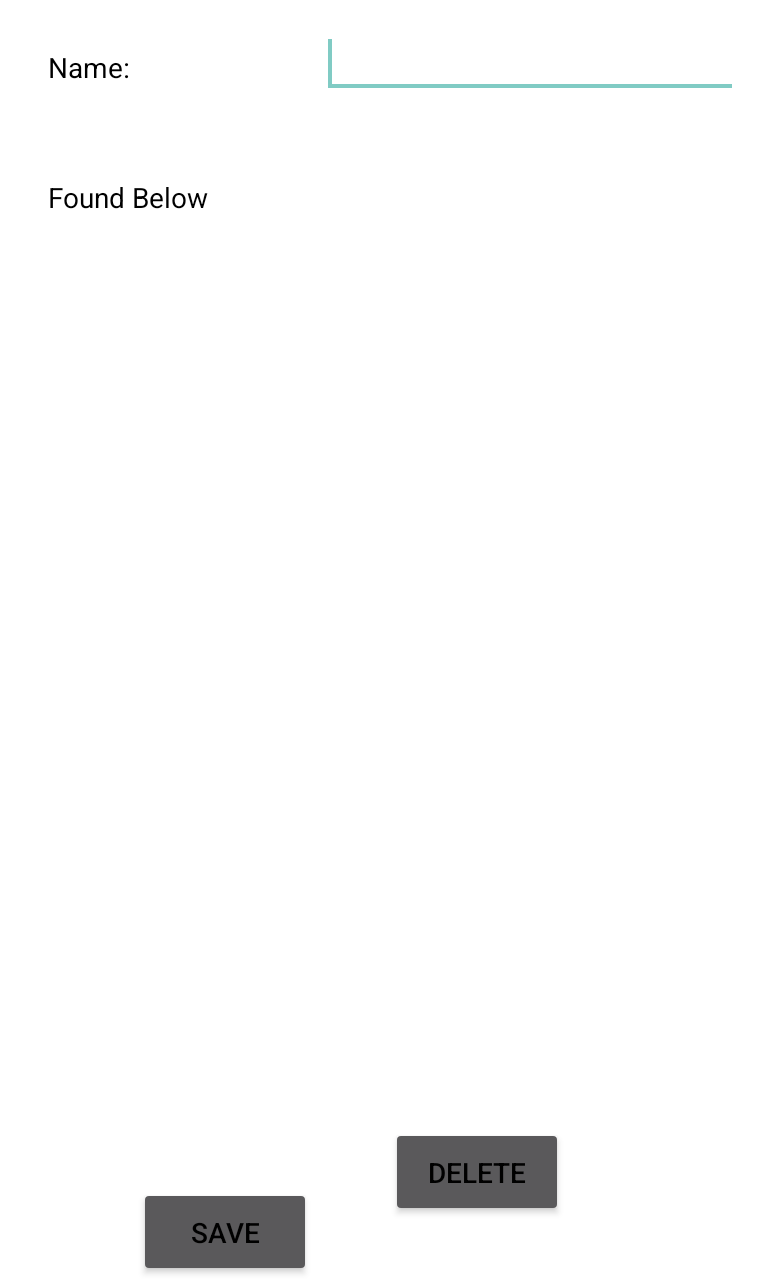
Repository: qfornaguera/AppQuelogy
Layout: AppQueology/res/layout/activity_artifact.xml
An editor plug-in stored every save of this project. The layout is shown before and after the next save, followed by the edit.
It is drawn on a 768 x 1280 px phone screen (xhdpi) without system bars, with theme Theme.AppCompat; the app's code is not run.

Above is the layout before, as saved 2014-04-18 18:38:21.

After the next save:
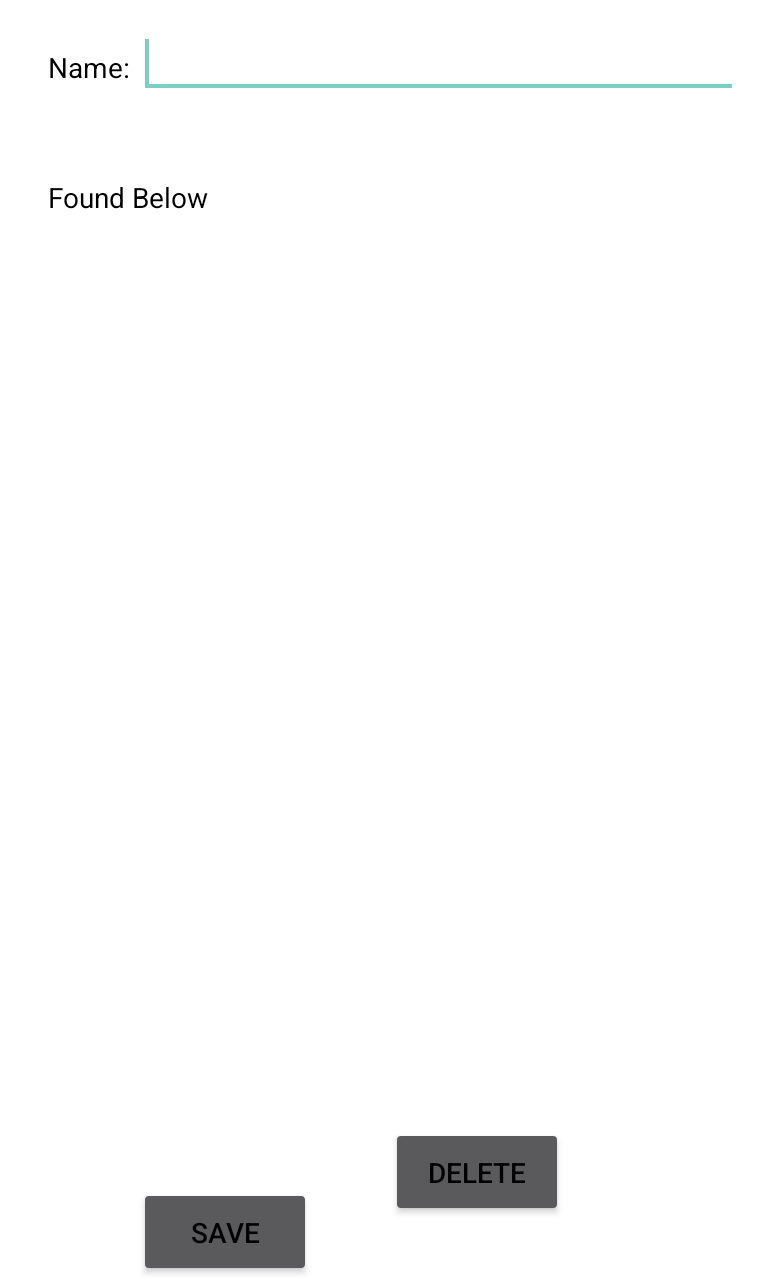
Saved 45 s later.
--- a/AppQueology/res/layout/activity_artifact.xml
+++ b/AppQueology/res/layout/activity_artifact.xml
@@ -13,11 +13,12 @@
         android:layout_height="wrap_content"
         android:layout_alignBaseline="@+id/textView1"
         android:layout_alignBottom="@+id/textView1"
+        android:layout_alignLeft="@+id/save"
         android:layout_alignParentRight="true"
         android:layout_marginRight="14dp"
+        android:ems="10"
         android:maxLength="25"
-        android:textColor="#000000"
-        android:ems="10" >
+        android:textColor="#000000" >
 
         <requestFocus />
     </EditText>
@@ -64,4 +65,14 @@
         android:textColor="#000000"
         android:textAppearance="?android:attr/textAppearanceSmall" />
 
+    <EditText
+        android:id="@+id/editText2"
+        android:layout_width="wrap_content"
+        android:layout_height="wrap_content"
+        android:layout_alignBaseline="@+id/textView2"
+        android:layout_alignBottom="@+id/textView2"
+        android:layout_alignRight="@+id/editText1"
+        android:layout_toRightOf="@+id/textView2"
+        android:ems="10" />
+
 </RelativeLayout>
